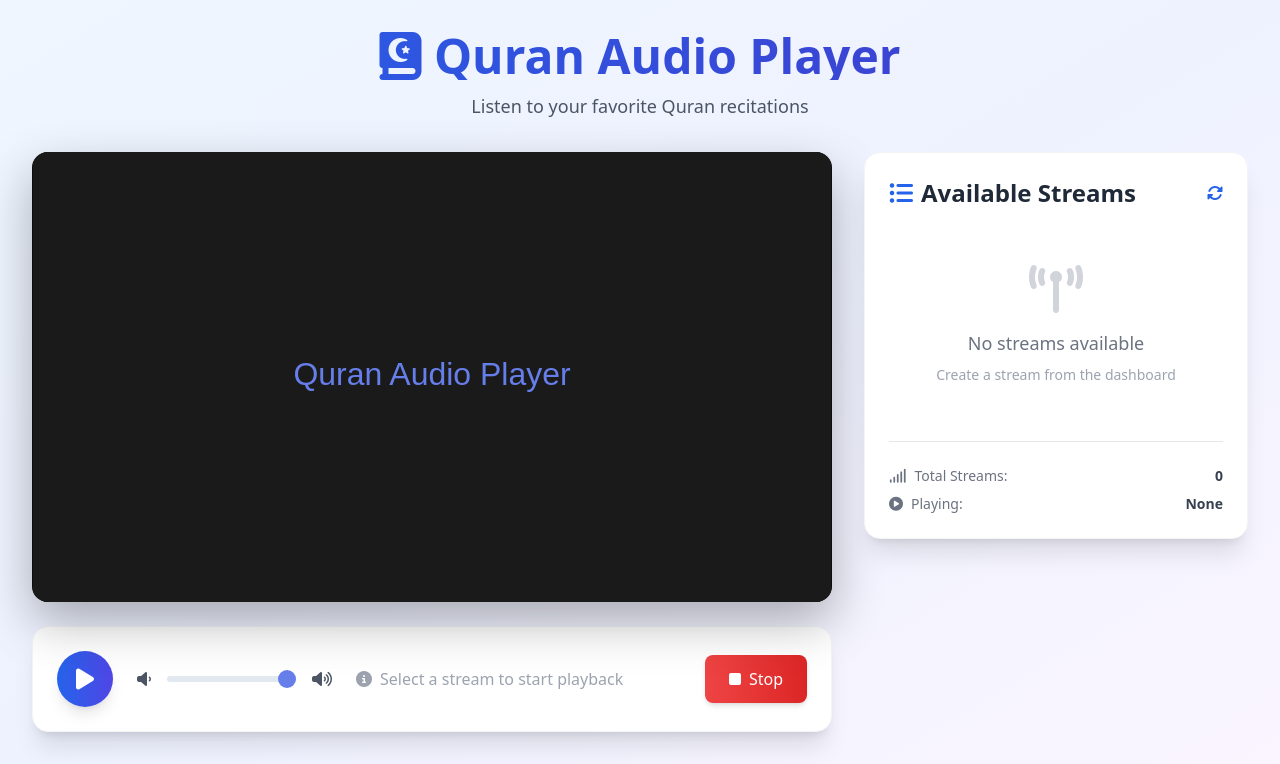
Repository: Anubis2001/quran-live-m3u8
Page: public/player.html
These files come from the project's save history. The page is drawn as it stood at one moment and after the next save; the edit follows.
The browser window is 1280 px wide. The pictures show the whole page.
The page's requests for data from a server got no answer. Some web libraries are served in a nearby version.

Above is the page before, as saved 2026-04-03 20:23:35.

### public/player.html
<!DOCTYPE html>
<html lang="en">
<head>
<meta charset="UTF-8">
<meta name="viewport" content="width=device-width, initial-scale=1.0">
<title>Quran Audio Player</title>

<script src="https://cdn.tailwindcss.com"></script>
<link rel="stylesheet" href="https://cdnjs.cloudflare.com/ajax/libs/font-awesome/6.4.0/css/all.min.css"/>
<script src="https://cdn.jsdelivr.net/npm/hls.js@latest"></script>

<style>
  /* Custom scrollbar */
  ::-webkit-scrollbar {
    width: 8px;
    height: 8px;
  }
  ::-webkit-scrollbar-track {
    background: #f1f5f9;
    border-radius: 4px;
  }
  ::-webkit-scrollbar-thumb {
    background: #cbd5e1;
    border-radius: 4px;
  }
  ::-webkit-scrollbar-thumb:hover {
    background: #94a3b8;
  }

  /* Smooth transitions */
  .transition-all {
    transition-property: all;
    transition-timing-function: cubic-bezier(0.4, 0, 0.2, 1);
    transition-duration: 200ms;
  }

  /* Stream item hover effects */
  .stream-item {
    transition: all 0.2s ease-in-out;
  }
  .stream-item:hover {
    transform: translateX(4px);
    background: linear-gradient(135deg, #667eea 0%, #764ba2 100%);
    box-shadow: 0 10px 25px -5px rgba(102, 126, 234, 0.4);
  }

  .stream-item.active {
    background: linear-gradient(135deg, #667eea 0%, #764ba2 100%);
    box-shadow: 0 10px 25px -5px rgba(102, 126, 234, 0.4);
  }

  .stream-item.active .stream-name,
  .stream-item.active .status-badge {
    color: white;
  }

  .stream-item.active .play-icon {
    color: white;
  }

  /* Button animations */
  .btn-control {
    transition: all 0.15s ease;
  }
  .btn-control:hover {
    transform: scale(1.1);
  }
  .btn-control:active {
    transform: scale(0.95);
  }

  /* Video player styling */
  .video-container {
    position: relative;
    background: #000;
    border-radius: 1rem;
    overflow: hidden;
    box-shadow: 0 20px 50px rgba(0, 0, 0, 0.3);
  }

  video {
    width: 100%;
    height: auto;
    display: block;
  }

  /* Loading spinner */
  @keyframes spin {
    to { transform: rotate(360deg); }
  }
  .fa-spin {
    animation: spin 1s linear infinite;
  }

  /* Pulse animation for playing indicator */
  @keyframes pulse {
    0%, 100% { opacity: 1; }
    50% { opacity: .5; }
  }
  .playing-indicator {
    animation: pulse 2s cubic-bezier(0.4, 0, 0.6, 1) infinite;
  }

  /* Volume slider styling */
  input[type="range"] {
    -webkit-appearance: none;
    appearance: none;
    width: 100%;
    height: 6px;
    border-radius: 3px;
    background: #e2e8f0;
    outline: none;
  }

  input[type="range"]::-webkit-slider-thumb {
    -webkit-appearance: none;
    appearance: none;
    width: 18px;
    height: 18px;
    border-radius: 50%;
    background: #667eea;
    cursor: pointer;
    transition: all 0.2s;
  }

  input[type="range"]::-webkit-slider-thumb:hover {
    background: #5568d3;
    transform: scale(1.2);
  }

  input[type="range"]::-moz-range-thumb {
    width: 18px;
    height: 18px;
    border-radius: 50%;
    background: #667eea;
    cursor: pointer;
    border: none;
    transition: all 0.2s;
  }

  input[type="range"]::-moz-range-thumb:hover {
    background: #5568d3;
    transform: scale(1.2);
  }

  /* Responsive adjustments */
  @media (max-width: 768px) {
    .video-container {
      border-radius: 0.5rem;
    }
  }
</style>
</head>
<body class="bg-gradient-to-br from-blue-50 via-indigo-50 to-purple-50 min-h-screen">

<div class="max-w-7xl mx-auto px-4 sm:px-6 lg:px-8 py-8">
  <!-- Header -->
  <div class="text-center mb-8">
    <h1 class="text-4xl md:text-5xl font-bold bg-gradient-to-r from-blue-600 to-indigo-700 bg-clip-text text-transparent mb-3">
      <i class="fas fa-quran"></i> Quran Audio Player
    </h1>
    <p class="text-gray-600 text-lg">Listen to your favorite Quran recitations</p>
  </div>

  <!-- Error/Info Container -->
  <div id="messageContainer" class="hidden fixed top-4 right-4 z-50 max-w-md animate-fade-in-down">
    <div id="messageContent" class="border-l-4 px-4 py-3 rounded shadow-lg"></div>
  </div>

  <div class="grid grid-cols-1 lg:grid-cols-3 gap-8">
    <!-- Left Column: Video Player & Controls -->
    <div class="lg:col-span-2">
      <div class="video-container">
        <video id="videoPlayer" class="w-full" poster="data:[embedded picture, 309 characters]"></video>

        <!-- Loading Overlay -->
        <div id="loadingOverlay" class="hidden absolute inset-0 bg-black bg-opacity-50 flex items-center justify-center">
          <div class="text-center">
            <i class="fas fa-circle-notch fa-spin text-5xl text-white mb-4"></i>
            <p class="text-white text-lg">Loading stream...</p>
          </div>
        </div>
      </div>

      <!-- Playback Controls -->
      <div class="bg-white shadow-xl rounded-2xl p-6 mt-6 border border-gray-100">
        <div class="flex flex-col md:flex-row items-center justify-between gap-4">
          <!-- Play/Pause & Volume -->
          <div class="flex items-center gap-4 w-full md:w-auto">
            <button id="playPauseBtn" onclick="togglePlayPause()" class="btn-control bg-gradient-to-r from-blue-600 to-indigo-600 hover:from-blue-700 hover:to-indigo-700 text-white w-14 h-14 rounded-full flex items-center justify-center shadow-lg" title="Play/Pause">
              <i class="fas fa-play text-2xl"></i>
            </button>

            <div class="flex items-center gap-2 flex-1 md:flex-none">
              <button onclick="adjustVolume(-0.1)" class="btn-control text-gray-600 hover:text-blue-600 p-2" title="Decrease Volume">
                <i class="fas fa-volume-down"></i>
              </button>
              <input type="range" id="volumeSlider" min="0" max="1" step="0.01" value="1" class="w-24 md:w-32" onchange="setVolume(this.value)">
              <button onclick="adjustVolume(0.1)" class="btn-control text-gray-600 hover:text-blue-600 p-2" title="Increase Volume">
                <i class="fas fa-volume-up"></i>
              </button>
            </div>
          </div>

          <!-- Current Stream Info -->
          <div class="flex-1 text-center md:text-left">
            <div id="currentStreamInfo" class="hidden">
              <p class="text-sm text-gray-500 mb-1">Now Playing</p>
              <h3 id="currentStreamName" class="text-xl font-bold text-gray-900 flex items-center justify-center md:justify-start gap-2">
                <i class="fas fa-music text-blue-600 playing-indicator"></i>
                <span id="playingStreamName">--</span>
              </h3>
            </div>
            <div id="noStreamInfo" class="text-gray-400">
              <p><i class="fas fa-info-circle mr-2"></i>Select a stream to start playback</p>
            </div>
          </div>

          <!-- Additional Controls -->
          <div class="flex items-center gap-2">
            <button onclick="stopPlayback()" class="btn-control bg-gradient-to-r from-red-500 to-red-600 hover:from-red-600 hover:to-red-700 text-white px-6 py-3 rounded-lg shadow-md transition-all font-medium" title="Stop Playback">
              <i class="fas fa-stop mr-2"></i>Stop
            </button>
          </div>
        </div>

        <!-- Progress Bar (if supported) -->
        <div class="mt-4 hidden" id="progressContainer">
          <div class="flex items-center gap-3">
            <span id="currentTime" class="text-xs text-gray-500 font-mono">0:00</span>
            <div class="flex-1 h-2 bg-gray-200 rounded-full overflow-hidden">
              <div id="progressBar" class="h-full bg-gradient-to-r from-blue-500 to-indigo-600 rounded-full transition-all" style="width: 0%"></div>
            </div>
            <span id="duration" class="text-xs text-gray-500 font-mono">0:00</span>
          </div>
        </div>
      </div>
    </div>

    <!-- Right Column: Stream List -->
    <div class="lg:col-span-1">
      <div class="bg-white shadow-xl rounded-2xl p-6 border border-gray-100 sticky top-8">
        <div class="flex items-center justify-between mb-6">
          <h2 class="text-2xl font-bold text-gray-800 flex items-center gap-2">
            <i class="fas fa-list-ul text-blue-600"></i>
            Available Streams
          </h2>
          <button onclick="refreshStreams()" class="text-blue-600 hover:text-blue-800 transition-all" title="Refresh List">
            <i class="fas fa-sync-alt"></i>
          </button>
        </div>

        <!-- Loading State -->
        <div id="streamsLoading" class="text-center py-8">
          <i class="fas fa-circle-notch fa-spin text-3xl text-blue-600 mb-3"></i>
          <p class="text-gray-500">Loading streams...</p>
        </div>

        <!-- Empty State -->
        <div id="streamsEmpty" class="hidden text-center py-8">
          <i class="fas fa-broadcast-tower text-5xl text-gray-300 mb-4"></i>
          <p class="text-gray-500 text-lg">No streams available</p>
          <p class="text-gray-400 text-sm mt-2">Create a stream from the dashboard</p>
        </div>

        <!-- Stream List -->
        <div id="streamsList" class="space-y-3 max-h-[600px] overflow-y-auto pr-2">
          <!-- Streams will be populated here -->
        </div>

        <!-- Stats -->
        <div class="mt-6 pt-6 border-t border-gray-200">
          <div class="flex items-center justify-between text-sm text-gray-500">
            <span><i class="fas fa-signal mr-2"></i>Total Streams:</span>
            <span id="totalStreams" class="font-semibold text-gray-700">0</span>
          </div>
          <div class="flex items-center justify-between text-sm text-gray-500 mt-2">
            <span><i class="fas fa-play-circle mr-2"></i>Playing:</span>
            <span id="playingStatus" class="font-semibold text-gray-700">None</span>
          </div>
        </div>
      </div>
    </div>
  </div>
</div>

<script>
// Global variables
let hls = null;
let currentStreamUrl = null;
let isPlaying = false;
let availableStreams = [];

// Initialize on load
document.addEventListener('DOMContentLoaded', function() {
  refreshStreams();
  setupVideoListeners();
});

// Fetch available streams
async function refreshStreams() {
  const loadingEl = document.getElementById('streamsLoading');
  const emptyEl = document.getElementById('streamsEmpty');
  const listEl = document.getElementById('streamsList');

  loadingEl.classList.remove('hidden');
  emptyEl.classList.add('hidden');
  listEl.innerHTML = '';

  try {
    const response = await fetch('/api/streams');
    if (!response.ok) throw new Error('Failed to fetch streams');

    const streams = await response.json();
    availableStreams = streams;

    loadingEl.classList.add('hidden');

    if (streams.length === 0) {
      emptyEl.classList.remove('hidden');
      document.getElementById('totalStreams').textContent = '0';
      return;
    }

    // Populate stream list
    streams.forEach((stream, index) => {
      const streamEl = createStreamElement(stream, index);
      listEl.appendChild(streamEl);
    });

    document.getElementById('totalStreams').textContent = streams.length;

  } catch (error) {
    console.error('Error fetching streams:', error);
    showMessage('Failed to load streams: ' + error.message, 'error');
    loadingEl.classList.add('hidden');
    emptyEl.classList.remove('hidden');
  }
}

// Create stream list item
function createStreamElement(stream, index) {
  const div = document.createElement('div');
  div.className = 'stream-item bg-gray-50 hover:bg-gray-100 rounded-lg p-4 cursor-pointer border border-gray-200';
  div.dataset.streamName = stream.name;
  div.dataset.streamUrl = `/streams/${stream.name}/stream.m3u8`;

  const isRunning = stream.status === 'running';

  div.innerHTML = `
    <div class="flex items-center gap-3">
      <div class="flex-shrink-0">
        <i class="fas fa-${isRunning ? 'play-circle text-green-600' : 'pause-circle text-gray-400'} play-icon text-2xl transition-all"></i>
      </div>
      <div class="flex-1 min-w-0">
        <h3 class="stream-name font-semibold text-gray-900 truncate">${stream.name}</h3>
        <div class="flex items-center gap-2 mt-1">
          <span class="status-badge inline-flex items-center px-2 py-0.5 rounded text-xs font-medium ${
            isRunning ? 'bg-green-100 text-green-700' : 'bg-gray-100 text-gray-700'
          }">
            <i class="fas fa-${isRunning ? 'circle status-running' : 'stop-circle'} mr-1"></i>
            ${stream.status.toUpperCase()}
          </span>
          <span class="text-xs text-gray-500">
            <i class="fas fa-clock mr-1"></i>${stream.createdAt ? new Date(stream.createdAt).toLocaleDateString() : 'N/A'}
          </span>
        </div>
      </div>
      <div class="flex-shrink-0">
        <i class="fas fa-chevron-right text-gray-400"></i>
      </div>
    </div>
  `;

  div.onclick = () => playStream(stream.name, `/streams/${stream.name}/stream.m3u8`, div);

  return div;
}

// Play a stream
function playStream(streamName, streamUrl, element) {
  // Update active state in list
  document.querySelectorAll('.stream-item').forEach(el => el.classList.remove('active'));
  if (element) element.classList.add('active');

  // Show loading
  document.getElementById('loadingOverlay').classList.remove('hidden');

  // Stop current playback
  stopPlayback();

  const video = document.getElementById('videoPlayer');
  currentStreamUrl = streamUrl;

  // Update UI
  document.getElementById('playingStreamName').textContent = streamName;
  document.getElementById('currentStreamInfo').classList.remove('hidden');
  document.getElementById('noStreamInfo').classList.add('hidden');
  document.getElementById('playingStatus').textContent = streamName;

  // Initialize HLS
  if (Hls.isSupported()) {
    if (!hls) {
      hls = new Hls({
        debug: false,
        enableWorker: true,
        lowLatencyMode: false,
        backBufferLength: 90
      });

      hls.loadSource(streamUrl);
      hls.attachMedia(video);

      hls.on(Hls.Events.MANIFEST_PARSED, () => {
        document.getElementById('loadingOverlay').classList.add('hidden');
        video.play().catch(err => {
          console.error('Auto-play failed:', err);
          showMessage('Click play button to start', 'info');
        });
        isPlaying = true;
        updatePlayPauseButton();
      });

      hls.on(Hls.Events.ERROR, (event, data) => {
        console.error('HLS error:', data);
        document.getElementById('loadingOverlay').classList.add('hidden');

        if (data.fatal) {
          showMessage('Failed to load stream: ' + data.type, 'error');
          switch (data.type) {
            case Hls.ErrorTypes.NETWORK_ERROR:
              hls.startLoad();
              break;
            case Hls.ErrorTypes.MEDIA_ERROR:
              hls.recoverMediaError();
              break;
            default:
              stopPlayback();
              break;
          }
        }
      });

    } else {
      hls.loadSource(streamUrl);
      video.play();
      isPlaying = true;
      updatePlayPauseButton();
    }

  } else if (video.canPlayType('application/vnd.apple.mpegurl')) {
    // Native HLS support (Safari)
    video.src = streamUrl;
    video.addEventListener('loadedmetadata', () => {
      document.getElementById('loadingOverlay').classList.add('hidden');
      video.play();
      isPlaying = true;
      updatePlayPauseButton();
    });

    video.addEventListener('error', () => {
      document.getElementById('loadingOverlay').classList.add('hidden');
      showMessage('Failed to load stream', 'error');
    });
  } else {
    document.getElementById('loadingOverlay').classList.add('hidden');
    showMessage('HLS playback not supported in this browser', 'error');
  }
}

// Toggle play/pause
function togglePlayPause() {
  const video = document.getElementById('videoPlayer');

  if (!currentStreamUrl) {
    showMessage('Select a stream first', 'info');
    return;
  }

  if (isPlaying) {
    video.pause();
    isPlaying = false;
  } else {
    video.play();
    isPlaying = true;
  }

  updatePlayPauseButton();
}

// Update play/pause button icon
function updatePlayPauseButton() {
  const btn = document.getElementById('playPauseBtn');
  const icon = btn.querySelector('i');

  if (isPlaying) {
    icon.className = 'fas fa-pause text-2xl';
    btn.title = 'Pause';
  } else {
    icon.className = 'fas fa-play text-2xl';
    btn.title = 'Play';
  }
}

// Stop playback
function stopPlayback() {
  const video = document.getElementById('videoPlayer');

  if (video) {
    video.pause();
    video.currentTime = 0;
  }

  if (hls) {
    hls.destroy();
    hls = null;
  }

  isPlaying = false;
  currentStreamUrl = null;
  updatePlayPauseButton();

  document.getElementById('currentStreamInfo').classList.add('hidden');
  document.getElementById('noStreamInfo').classList.remove('hidden');
  document.getElementById('playingStatus').textContent = 'None';

  // Remove active state from list
  document.querySelectorAll('.stream-item').forEach(el => el.classList.remove('active'));
}

// Volume controls
function setVolume(value) {
  const video = document.getElementById('videoPlayer');
  if (video) video.volume = parseFloat(value);
}

function adjustVolume(delta) {
  const video = document.getElementById('videoPlayer');
  if (!video) return;

  const newVolume = Math.max(0, Math.min(1, video.volume + delta));
  video.volume = newVolume;
  document.getElementById('volumeSlider').value = newVolume;
}

// Setup video event listeners
function setupVideoListeners() {
  const video = document.getElementById('videoPlayer');

  video.addEventListener('play', () => {
    isPlaying = true;
    updatePlayPauseButton();
  });

  video.addEventListener('pause', () => {
    isPlaying = false;
    updatePlayPauseButton();
  });

  video.addEventListener('ended', () => {
    isPlaying = false;
    updatePlayPauseButton();
  });

  video.addEventListener('waiting', () => {
    document.getElementById('loadingOverlay').classList.remove('hidden');
  });

  video.addEventListener('playing', () => {
    document.getElementById('loadingOverlay').classList.add('hidden');
  });

  video.addEventListener('error', (e) => {
    console.error('Video error:', e);
    document.getElementById('loadingOverlay').classList.add('hidden');
    showMessage('Playback error occurred', 'error');
  });
}

// Show message to user
function showMessage(message, type = 'info') {
  const container = document.getElementById('messageContainer');
  const content = document.getElementById('messageContent');

  const colors = {
    info: 'bg-blue-100 text-blue-800 border-blue-500',
    success: 'bg-green-100 text-green-800 border-green-500',
    error: 'bg-red-100 text-red-800 border-red-500',
    warning: 'bg-yellow-100 text-yellow-800 border-yellow-500'
  };

  const icons = {
    info: '<i class="fas fa-info-circle mr-2"></i>',
    success: '<i class="fas fa-check-circle mr-2"></i>',
    error: '<i class="fas fa-exclamation-triangle mr-2"></i>',
    warning: '<i class="fas fa-exclamation-circle mr-2"></i>'
  };

  content.className = `${colors[type] || colors.info} border-l-4 px-4 py-3 rounded shadow-lg`;
  content.innerHTML = `${icons[type] || icons.info}<span>${message}</span>`;

  container.classList.remove('hidden');

  setTimeout(() => {
    container.classList.add('hidden');
  }, 5000);
}
</script>

</body>
</html>

After the next save:
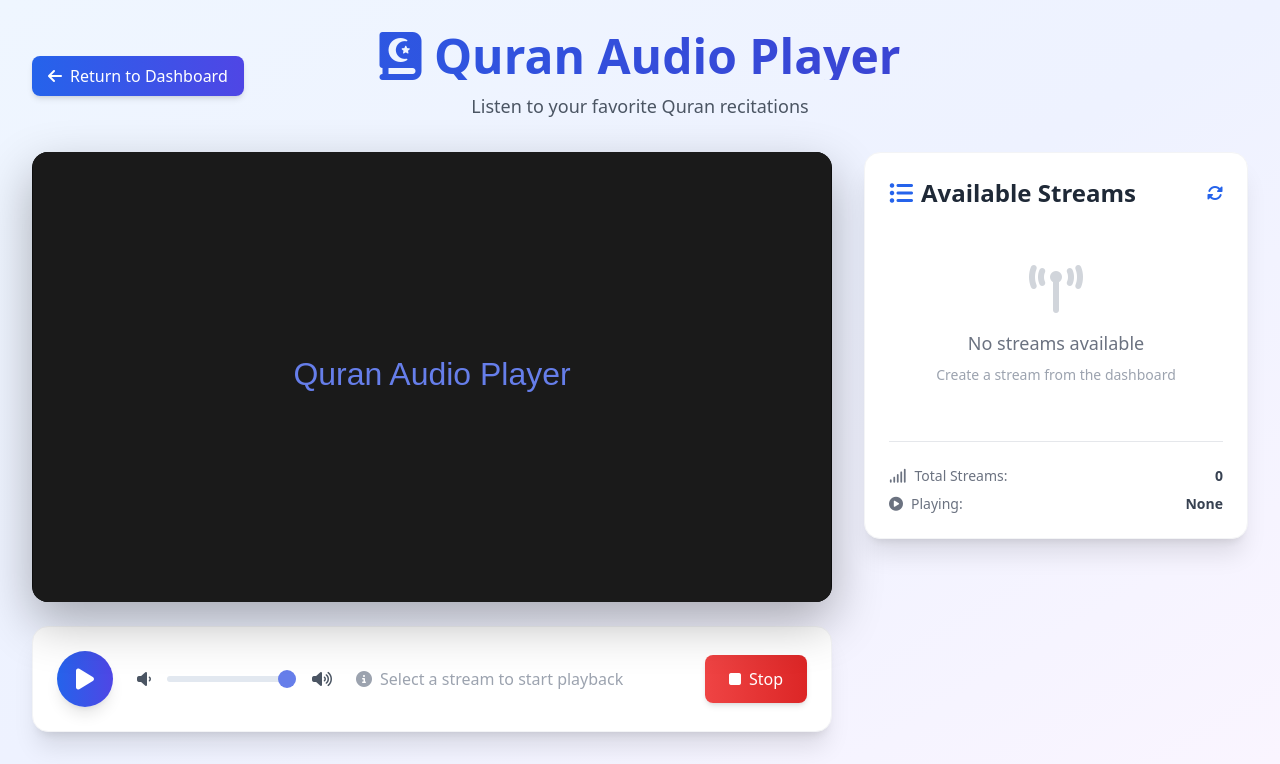
Saved 14 s later.
--- a/public/player.html
+++ b/public/player.html
@@ -155,7 +155,12 @@
 
 <div class="max-w-7xl mx-auto px-4 sm:px-6 lg:px-8 py-8">
   <!-- Header -->
-  <div class="text-center mb-8">
+  <div class="text-center mb-8 relative">
+    <a href="/dashboard.html" class="absolute left-0 top-1/2 transform -translate-y-1/2 bg-gradient-to-r from-blue-600 to-indigo-600 hover:from-blue-700 hover:to-indigo-700 text-white px-4 py-2 rounded-lg transition-all shadow-md font-medium inline-flex items-center gap-2">
+      <i class="fas fa-arrow-left"></i>
+      <span class="hidden sm:inline">Return to Dashboard</span>
+    </a>
+
     <h1 class="text-4xl md:text-5xl font-bold bg-gradient-to-r from-blue-600 to-indigo-700 bg-clip-text text-transparent mb-3">
       <i class="fas fa-quran"></i> Quran Audio Player
     </h1>
